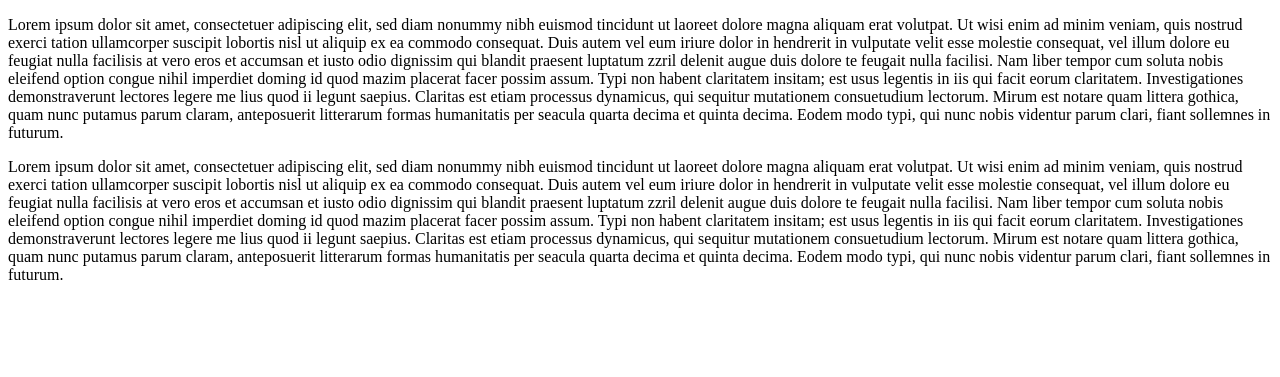
Repository: sheldon18/importance-of-this
Page: index.html
The author's editor kept a record of every edit. The page is drawn from the files as they stood at one moment, then again after the next edit.
The browser window is 1280 px wide. The pictures show the whole page.

Above is the page before.

After the next edit:
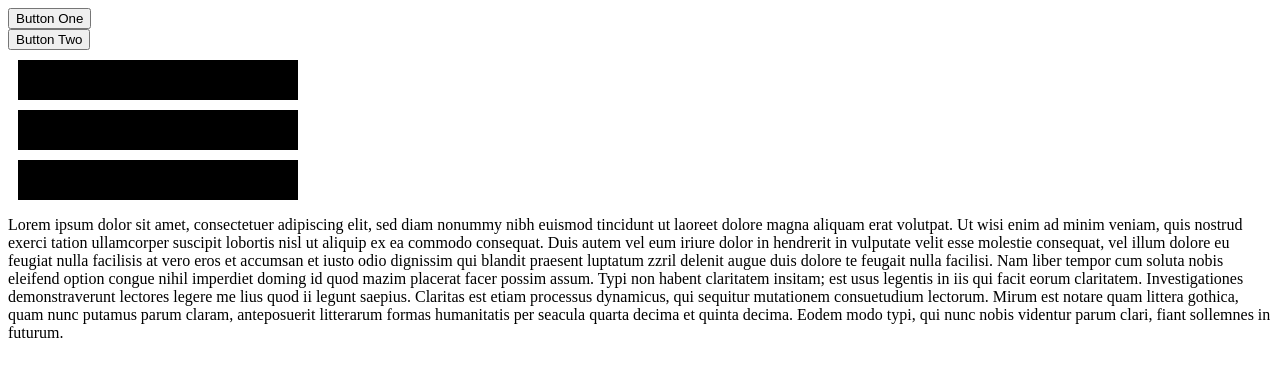
The edit:
--- a/index.html
+++ b/index.html
@@ -11,27 +11,18 @@
 <body>
     <div id="container">
         <div class="card">
-            <p>Lorem ipsum dolor sit amet, consectetuer adipiscing elit,
-            sed diam nonummy nibh euismod tincidunt ut laoreet dolore
-            magna aliquam erat volutpat. Ut wisi enim ad minim veniam,
-            quis nostrud exerci tation ullamcorper suscipit lobortis nisl
-            ut aliquip ex ea commodo consequat. Duis autem vel eum iriure
-            dolor in hendrerit in vulputate velit esse molestie consequat,
-            vel illum dolore eu feugiat nulla facilisis at vero eros et
-            accumsan et iusto odio dignissim qui blandit praesent luptatum
-            zzril delenit augue duis dolore te feugait nulla facilisi.
-            Nam liber tempor cum soluta nobis eleifend option congue
-            nihil imperdiet doming id quod mazim placerat facer possim
-            assum. Typi non habent claritatem insitam; est usus legentis
-            in iis qui facit eorum claritatem. Investigationes
-            demonstraverunt lectores legere me lius quod ii legunt saepius.
-            Claritas est etiam processus dynamicus, qui sequitur mutationem
-            consuetudium lectorum. Mirum est notare quam littera gothica,
-            quam nunc putamus parum claram, anteposuerit litterarum formas
-            humanitatis per seacula quarta decima et quinta decima. Eodem
-            modo typi, qui nunc nobis videntur parum clari, fiant sollemnes
-            in futurum.</p>
+            <button>Button One</button>
         </div>
+        <div class="card">
+            <button>Button Two</button>
+        </div>
+        <div class="box one">
+        </div>
+        <div class="box one">
+        </div>
+        <div class="box one">
+        </div>
+
         <div class="card">
             <p>Lorem ipsum dolor sit amet, consectetuer adipiscing elit,
             sed diam nonummy nibh euismod tincidunt ut laoreet dolore
